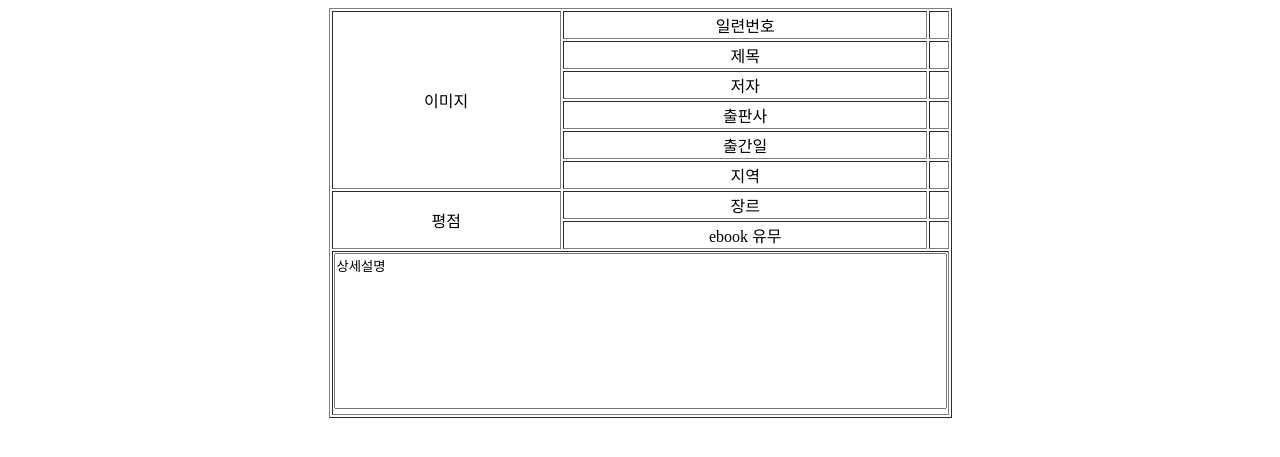
Repository: Served01/Project2_2209
Page: http://localhost/bookReviewProgram/bkSelectPro.jsp
An editor plug-in stored every save of this project. The page is shown before and after the next save, followed by the edit.
The browser window is 1280 px wide. The pictures show the whole page.
The page is served by Tomcat 9. Other server files are loaded and not shown.

Above is the page before, as saved 2022-09-24 04:20:44.

### bookReviewProgram/src/main/webapp/bkSelectPro.jsp
<%@ page language="java" contentType="text/html; charset=UTF-8"
    pageEncoding="UTF-8"%>
<%request.setCharacterEncoding("UTF-8");%>
<!DOCTYPE html>
<html>
<head>
<meta charset="UTF-8">
<title>책 상세 정보 조회 화면</title>
</head>
<style>
table{
margin: auto;
}
</style>
<body>
<%

%>
<table border="1">
	<tr align = "center">
		<td rowspan="6">이미지</td>
		<td>일련번호</td>
		<td>                 </td>
	</tr>
	<tr align = "center">
		<!-- <td> rowspan=6 -->
		<td>제목</td>
		<td></td>
	</tr>
	<tr align = "center">
		<!-- <td> rowspan=6 -->
		<td>저자</td>
		<td></td>
	</tr>
	<tr align = "center">
		<!-- <td> rowspan=6 -->
		<td>출판사</td>
		<td></td>
	</tr>
	<tr align = "center">
		<!-- <td> rowspan=6 -->
		<td>출간일</td>
		<td></td>
	</tr>
	<tr align = "center">
		<!-- <td> rowspan=6 -->
		<td>지역</td>
		<td></td>
	</tr>
	<tr align="center">
		<td rowspan="2">평점</td>
		<td>장르</td>
		<td></td>
	</tr>
	<tr align="center">
		<!-- <td> rowspan=2 -->
		<td>ebook 유무</td>
		<td></td>
	</tr>
	<!-- 작성일 sysdate 처리 -->
	<tr align="center">
		<td colspan="3">
			<textarea rows="10" cols="74" name="bk_detail" style ="resize:none">상세설명</textarea></td>
	</tr>

</table>
</body>
</html>

After the next save:
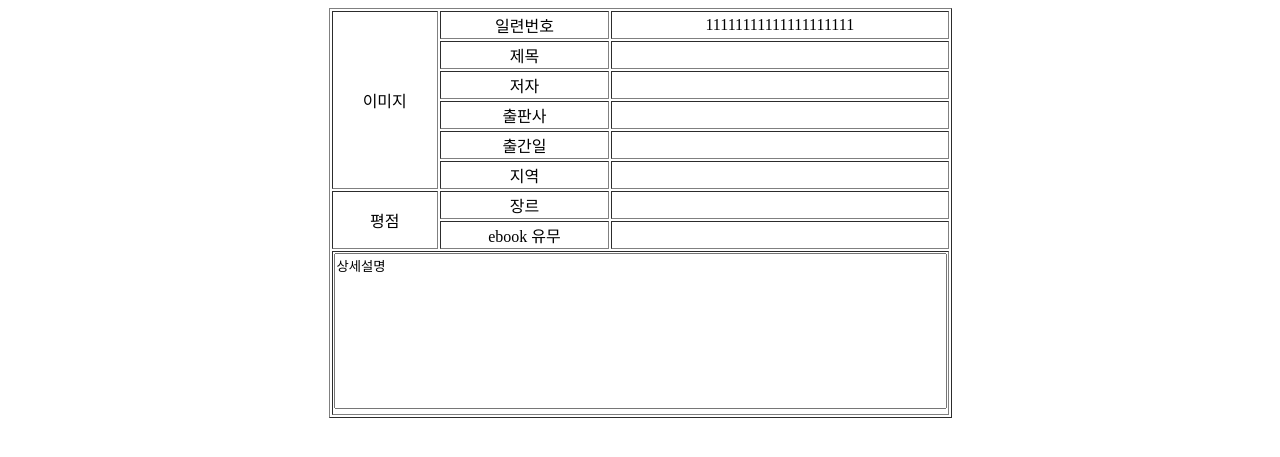
Saved 8 s later.
--- a/bookReviewProgram/src/main/webapp/bkSelectPro.jsp
+++ b/bookReviewProgram/src/main/webapp/bkSelectPro.jsp
@@ -20,7 +20,7 @@ margin: auto;
 	<tr align = "center">
 		<td rowspan="6">이미지</td>
 		<td>일련번호</td>
-		<td>                 </td>
+		<td>11111111111111111111</td>
 	</tr>
 	<tr align = "center">
 		<!-- <td> rowspan=6 -->
